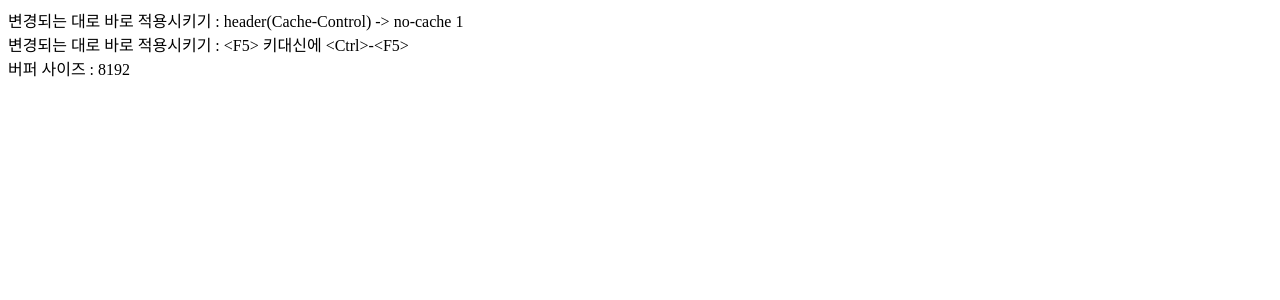
Repository: xo461/test
Page: http://localhost/ch03jsp/response.jsp
These files come from the project's save history. The page is drawn as it stood at one moment and after the next save; the edit follows.
The browser window is 1280 px wide. The pictures show the whole page.
The page is served by Tomcat 9.

Above is the page before, as saved 2019-11-14 01:40:32.

After the next save:
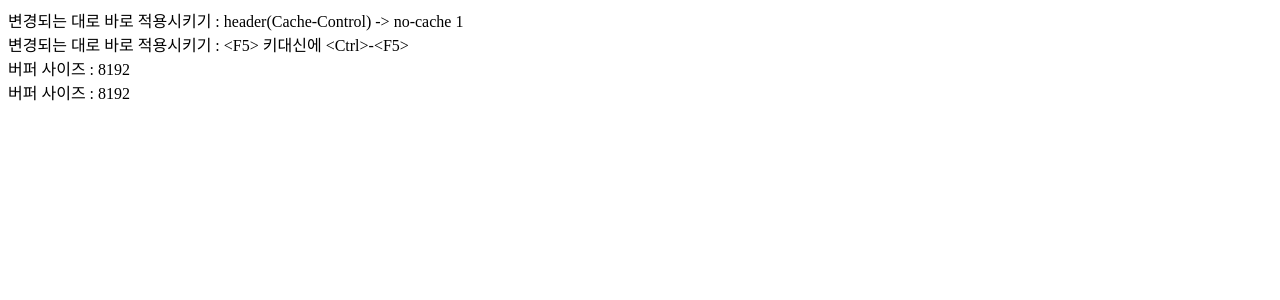
Saved 3 min 52 s later.
--- a/jsp/ch03jsp/WebContent/response.jsp
+++ b/jsp/ch03jsp/WebContent/response.jsp
@@ -1,3 +1,4 @@
+<%@page import="java.io.PrintWriter"%>
 <%@ page language="java" contentType="text/html; charset=UTF-8"
     pageEncoding="UTF-8"%>
 
@@ -14,6 +15,8 @@
 	response.flushBuffer();
 	response.setContentType("text/html;charset=utf-8");
 // 	response.set
+	PrintWriter out2 =
+	response.getWriter();
 %>
 
 <!DOCTYPE html>
@@ -26,5 +29,6 @@
 변경되는 대로 바로 적용시키기 : header(Cache-Control) -> no-cache 1<br/>
 변경되는 대로 바로 적용시키기 : &lt;F5&gt; 키대신에 &lt;Ctrl&gt;-&lt;F5&gt; <br/>
 버퍼 사이즈  : <%= response.getBufferSize() %> <br/>
+버퍼 사이즈  : <% out.print(response.getBufferSize()); %> <br/>
 </body>
 </html>
